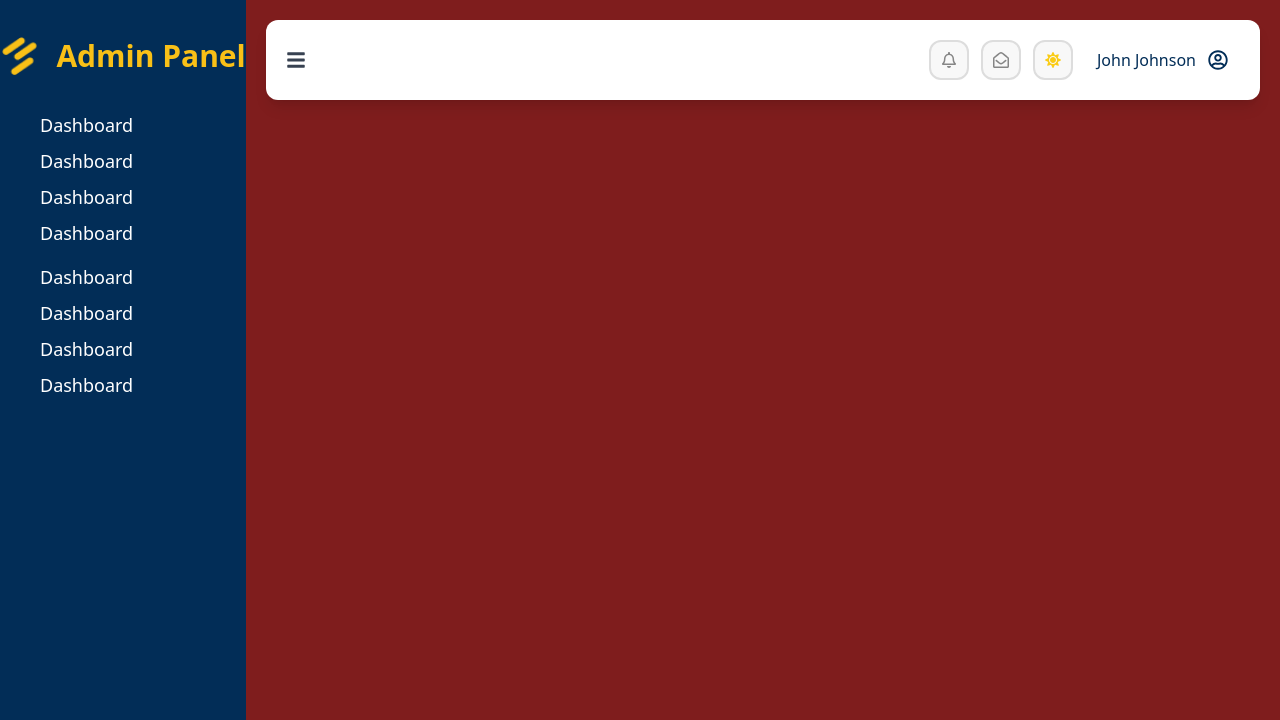
Repository: farrelmuhammad/redesign-bo
Page: /
The author's editor kept a copy of each file at every save. The page is drawn from the files as they stood at one save, then again after the next save.
The browser window is 1280 px wide. The pictures show the whole page.
The project was rebuilt for these pictures with package versions that can differ from the ones it lists, and the page was loaded fresh each time. Also part of the build but not shown: src/App.css.

Above is the page before, as saved 2024-03-02 19:46:44.

### src/App.tsx
import React from 'react';
import logo from './logo.svg';
import './App.css';
import Navbar from './components/Navbar';
import Sidebar from './components/Sidebar';

function App() {
  return (
    <section className='bg-red-900 h-screen w-screen flex font-poppins text-white'>
      <Sidebar />
      <Navbar />
    </section>
  );
}

export default App;

### src/components/Navbar.tsx
import React from 'react'
import { FaBars, FaMoon, FaRegBell, FaRegEnvelopeOpen, FaRegUserCircle, FaSun } from "react-icons/fa";

const Navbar = () => {
    return (
        <nav className='bg-white h-20 w-full flex flex-row justify-between items-center px-5 m-5 rounded-xl shadow-lg'>
            <div className="flex flex-1 justify-start items-center">
                <button className='text-xl text-gray-700 hover:text-black'>
                    <FaBars />
                </button>
            </div>
            <div className="flex flex-1 flex-row gap-3 justify-end items-end">
                <button className='flex justify-center items-center h-10 w-10 text-[#868686] bg-[#F8F8F8] rounded-xl border-[2px] border-[#DDDDDD] hover:border-gray-500 hover:text-gray-500'>
                    <FaRegBell />
                </button>
                <button className='flex justify-center items-center h-10 w-10 text-[#868686] bg-[#F8F8F8] rounded-xl border-[2px] border-[#DDDDDD] hover:border-gray-500 hover:text-gray-500'>
                    <FaRegEnvelopeOpen />
                </button>
                <button className='flex justify-center items-center h-10 w-10 rounded-xl border-[2px] border-[#DDDDDD] bg-[#F8F8F8] text-yellow-400 hover:border-gray-500 hover:text-yellow-500'>
                    <FaSun />
                    {/* <FaMoon /> */}
                </button>
                <button className='flex flex-row justify-center items-center py-2 px-3 gap-3 text-[#022D57] hover:text-[#1e183a]'>
                    John Johnson <FaRegUserCircle className='text-xl' />
                </button>
            </div>
        </nav>
    )
}

export default Navbar

### src/components/Sidebar.tsx
import React from 'react'
import Logo from '../assets/images/Logo.png'

const Sidebar = () => {
    return (
        <aside className='flex flex-col h-full w-1/4 justify-start items-center bg-[#022D57] py-5'>
            <div className="flex flex-row h-20 justify-start gap-4 items-center">
                <img className="h-10 w-10" src={Logo} alt="" />
                <h1 className='font-bold text-3xl text-[#F9C017]'>Admin Panel</h1>
            </div>
            <div className="flex flex-col h-full w-full justify-start gap-4 items-start py-5 px-10">
                <ul className='flex flex-col gap-2 font-medium text-lg'>
                    <li>Dashboard</li>
                    <li>Dashboard</li>
                    <li>Dashboard</li>
                    <li>Dashboard</li>
                </ul>
                <ul className='flex flex-col gap-2 font-medium text-lg'>
                    <li>Dashboard</li>
                    <li>Dashboard</li>
                    <li>Dashboard</li>
                    <li>Dashboard</li>
                </ul>
            </div>
        </aside>
    )
}

export default Sidebar

Loaded but not shown: public/index.html (common file); src/index.tsx (common file); src/index.css (common file); src/reportWebVitals.ts (common file); tailwind.config.js (common file)

After the next save:
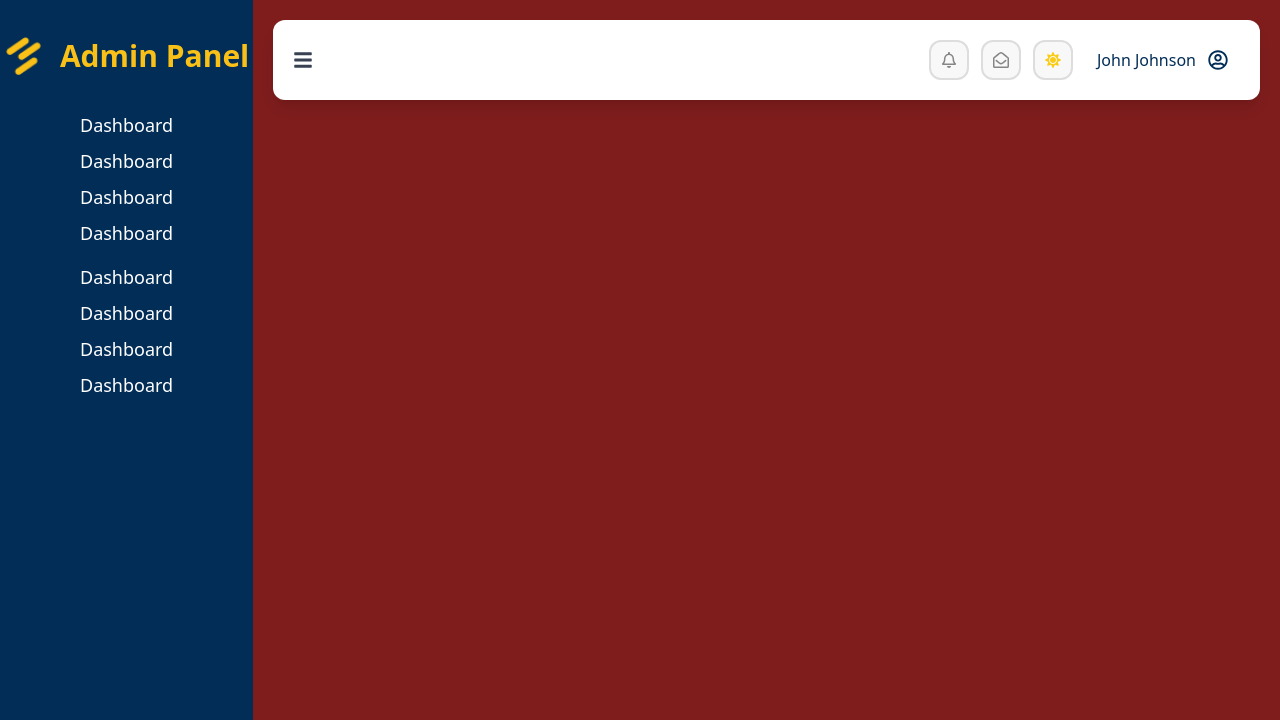
Saved 4 s later.
--- a/src/components/Sidebar.tsx
+++ b/src/components/Sidebar.tsx
@@ -8,7 +8,7 @@ const Sidebar = () => {
                 <img className="h-10 w-10" src={Logo} alt="" />
                 <h1 className='font-bold text-3xl text-[#F9C017]'>Admin Panel</h1>
             </div>
-            <div className="flex flex-col h-full w-full justify-start gap-4 items-start py-5 px-10">
+            <div className="flex flex-col h-full w-full justify-start gap-4 items-start py-5 px-20">
                 <ul className='flex flex-col gap-2 font-medium text-lg'>
                     <li>Dashboard</li>
                     <li>Dashboard</li>
